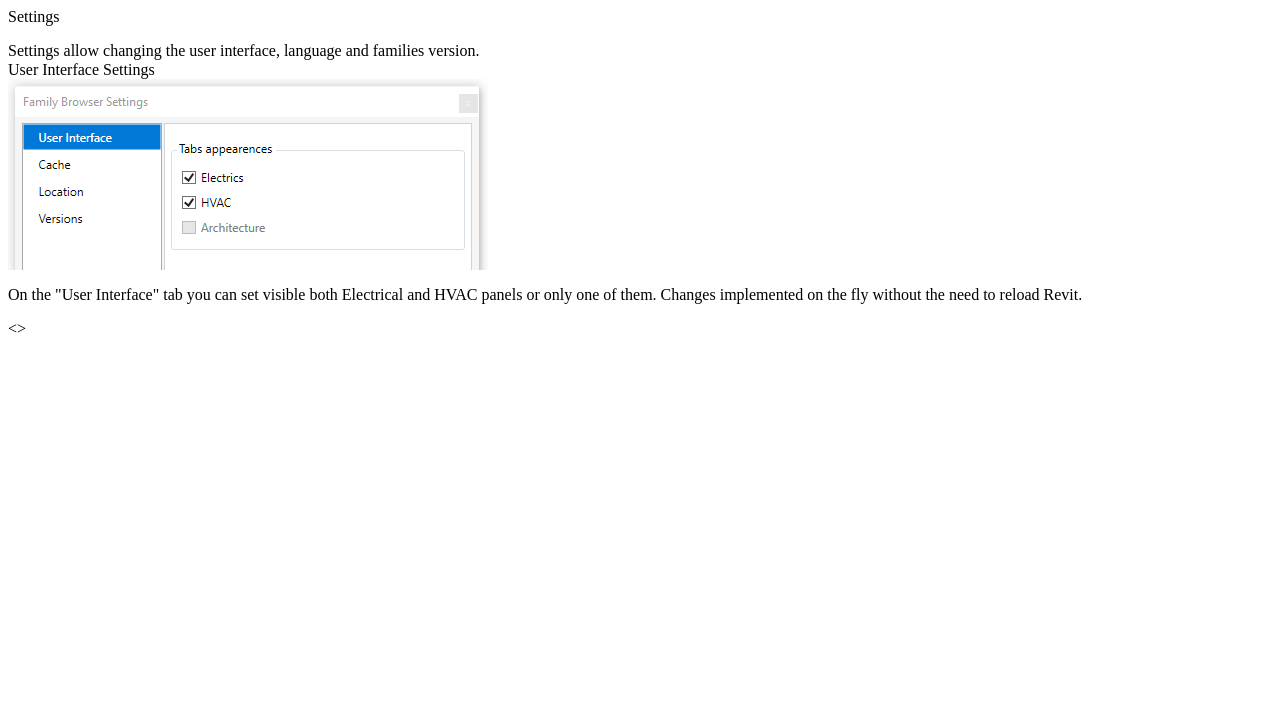
Repository: RomanLavrov/FamilyBrowserUserGuide
Page: http://localhost/FamilyBrowser/application/views/en/settings_view.php
The author's editor kept a copy of each file at every save. The page is drawn from the files as they stood at one save, then again after a run of saves.
The browser window is 1280 px wide. The pictures show the whole page.
The page is run by PHP 8.4 with error messages shown; the project is at /var/www/html/.

Above is the page before, as saved 2019-10-23 15:38:27.

After the next 2 saves:
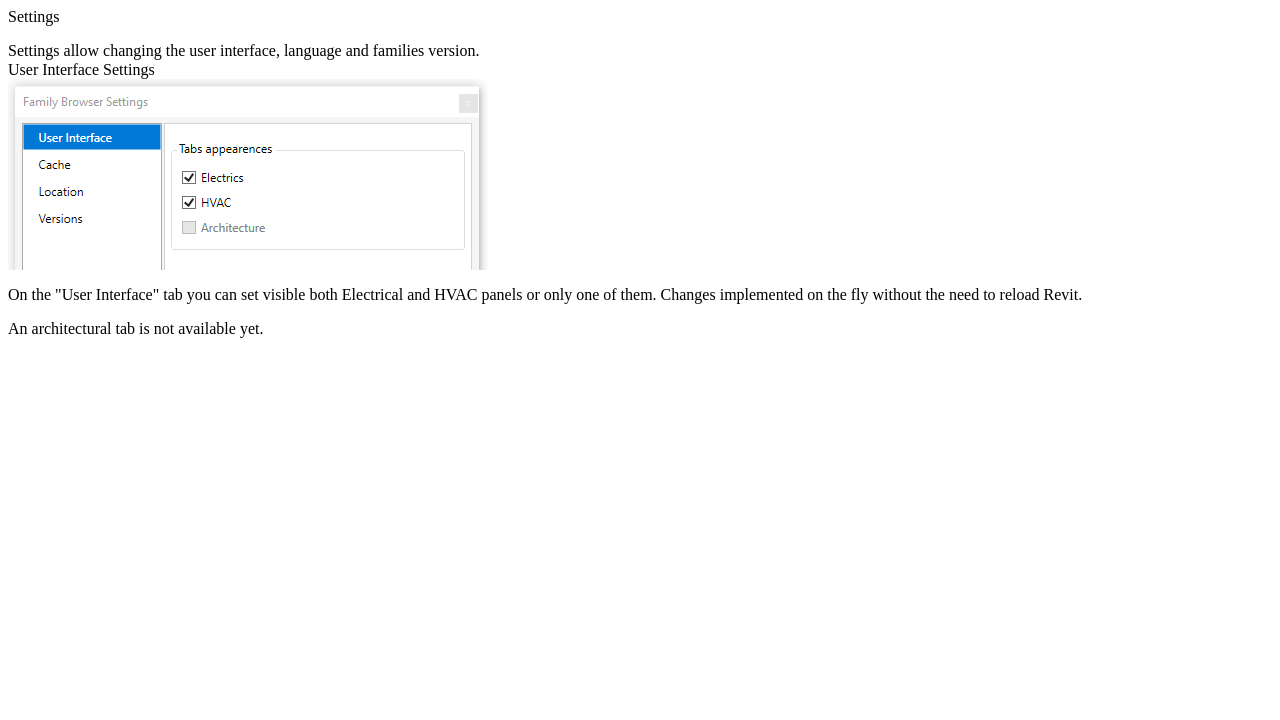
The 2 saves are shown as one change because they came seconds apart.
The last was saved 3 s later.
--- a/FamilyBrowser/application/views/en/settings_view.php
+++ b/FamilyBrowser/application/views/en/settings_view.php
@@ -15,7 +15,7 @@
             <div class="col-md-5">
                   <p>On the "User Interface" tab you can set visible both Electrical and HVAC panels or only one of them.
                         Changes implemented on the fly without the need to reload Revit. </p>
-                        <>
+                        <p>An architectural tab is not available yet.
             </div>
       </div>
 </div>
